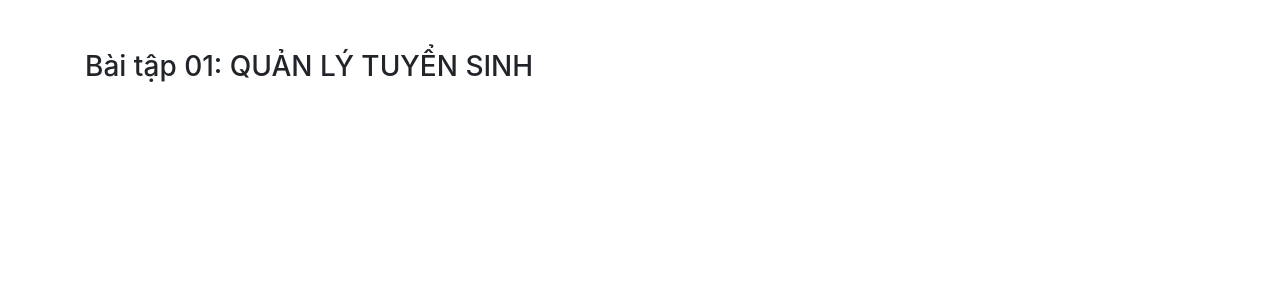
Repository: ducdatit2002/javascript-tinh-day15
Page: index.html
The author's editor kept a copy of each file at every save. The page is drawn from the files as they stood at one save, then again after the next save.
The browser window is 1280 px wide. The pictures show the whole page.

Above is the page before, as saved 2023-08-19 23:42:19.

After the next save:
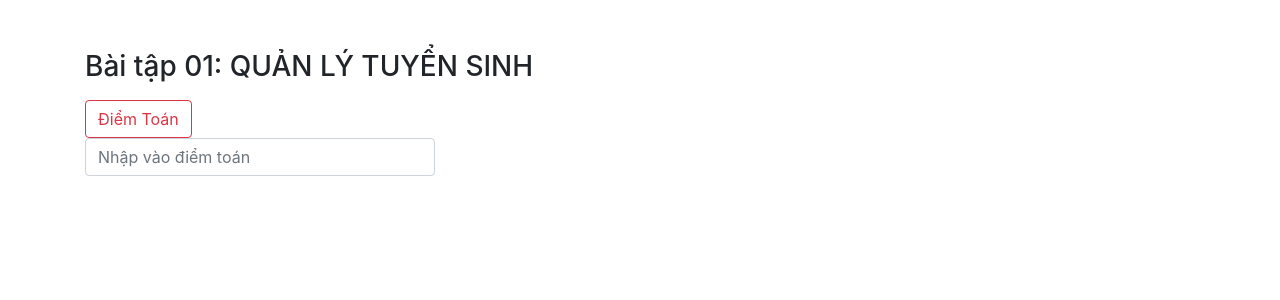
Saved 15 s later.
--- a/index.html
+++ b/index.html
@@ -23,7 +23,16 @@
             <h3>Bài tập 01: QUẢN LÝ TUYỂN SINH</h3>
             <div class="row mt-3">
                 <div class="col-4">
-
+                    <div class="input-group-prepend">
+              <button class="btn btn-outline-danger">Điểm Toán</button>
+            </div>
+            <input
+              type="text"
+              class="form-control"
+              id="diemToan"
+              placeholder="Nhập vào điểm toán"
+            />
+          </div>
 
                 </div>
             </div>
